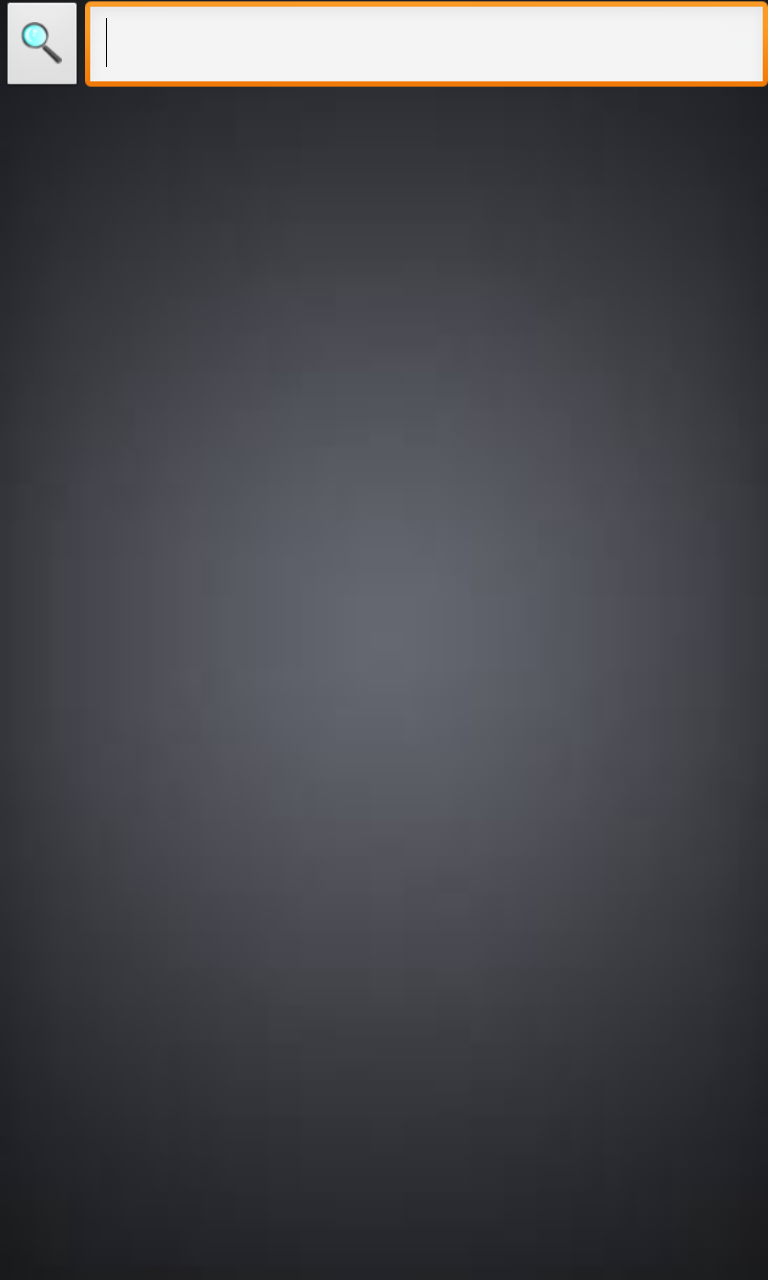
Repository: complexityclass/GosClient
Layout: Client/res/layout/listview_searchbar_layout.xml
The author's editor kept a copy of each file at every save. The layout is drawn from the files as they stood at one save, then again after the next save.
It is drawn on a 768 x 1280 px phone screen (xhdpi) without system bars, with theme android:Theme.Light.NoTitleBar.Fullscreen; the app's code is not run. Lists and similar views that code fills are empty.

Above is the layout before, as saved 2013-03-22 10:47:01.

After the next save:
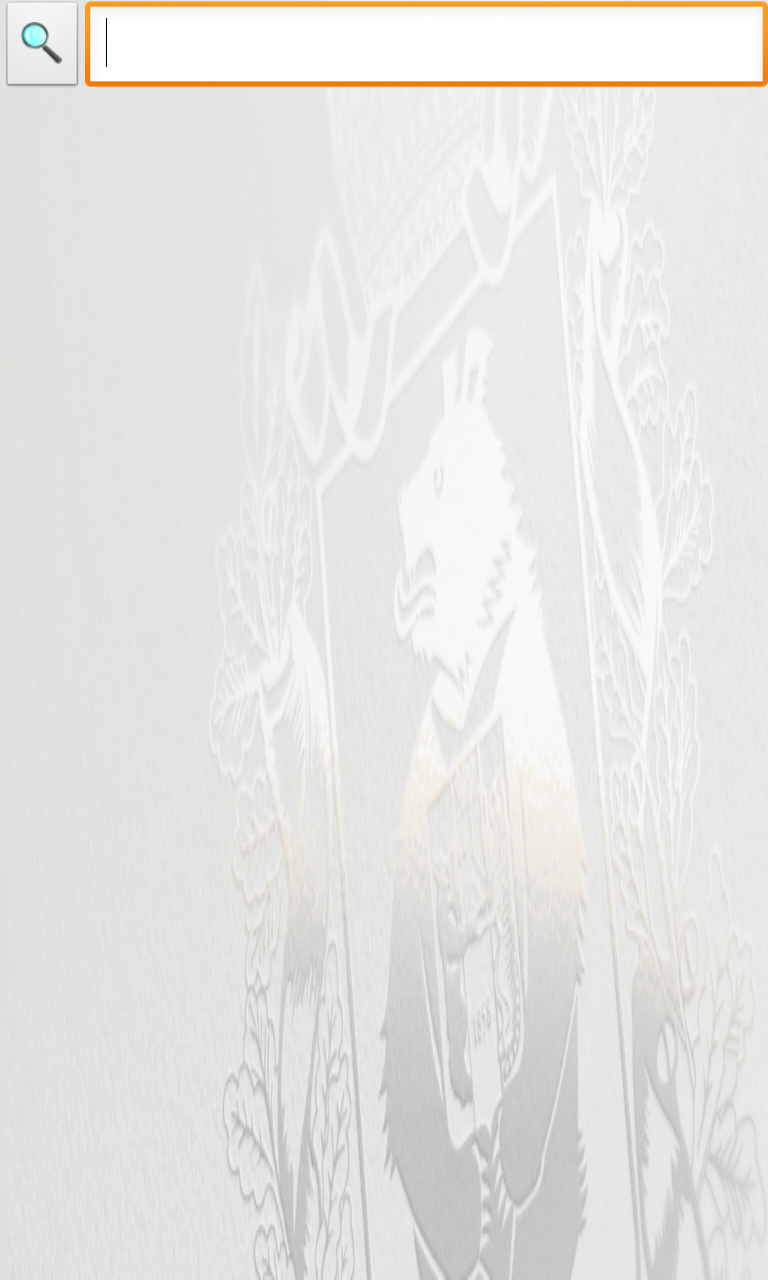
Saved 17 s later.
--- a/Client/res/layout/listview_searchbar_layout.xml
+++ b/Client/res/layout/listview_searchbar_layout.xml
@@ -2,7 +2,7 @@
 <RelativeLayout xmlns:android="http://schemas.android.com/apk/res/android"
     android:layout_width="fill_parent"
     android:layout_height="fill_parent"
-    android:background="@drawable/background"
+    android:background="@drawable/slide_"
     android:orientation="vertical" >
 
 
